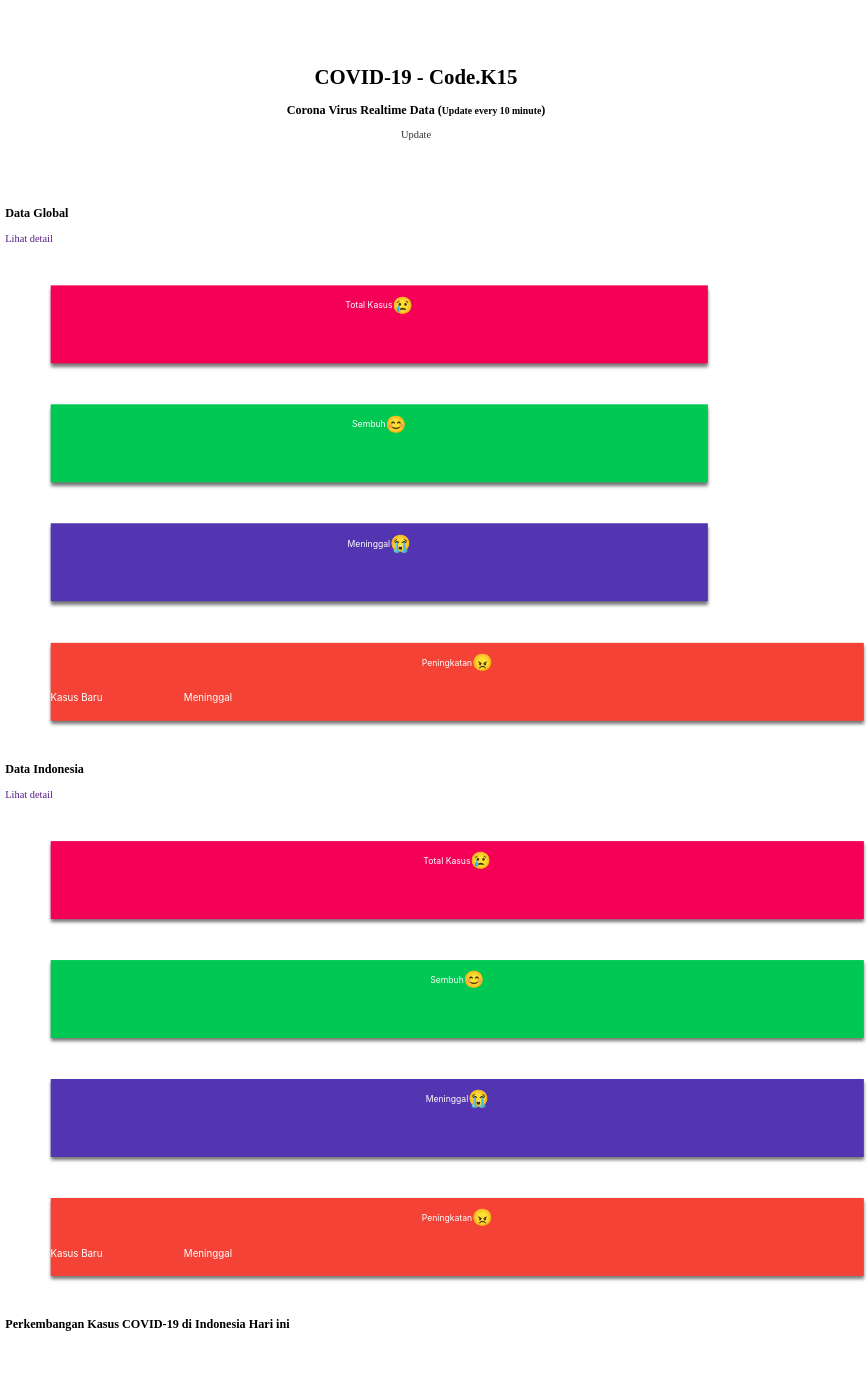
Repository: fathur15/covid19-monitoring
Page: http://localhost/covid19/apps/views/data/main/dashboard.php
The author's editor kept a copy of each file at every save. The page is drawn from the files as they stood at one save, then again after the next save.
The browser window is 1280 px wide. The page is 1335 px wide, so the pictures cover 1335 px, including what lies to the right of the window. The pictures show the whole page, at 65% of full size.
The page is run by PHP 8.4 with error messages shown; the project is at /var/www/html/.

Above is the page before, as saved 2020-04-14 14:14:13.

After the next save:
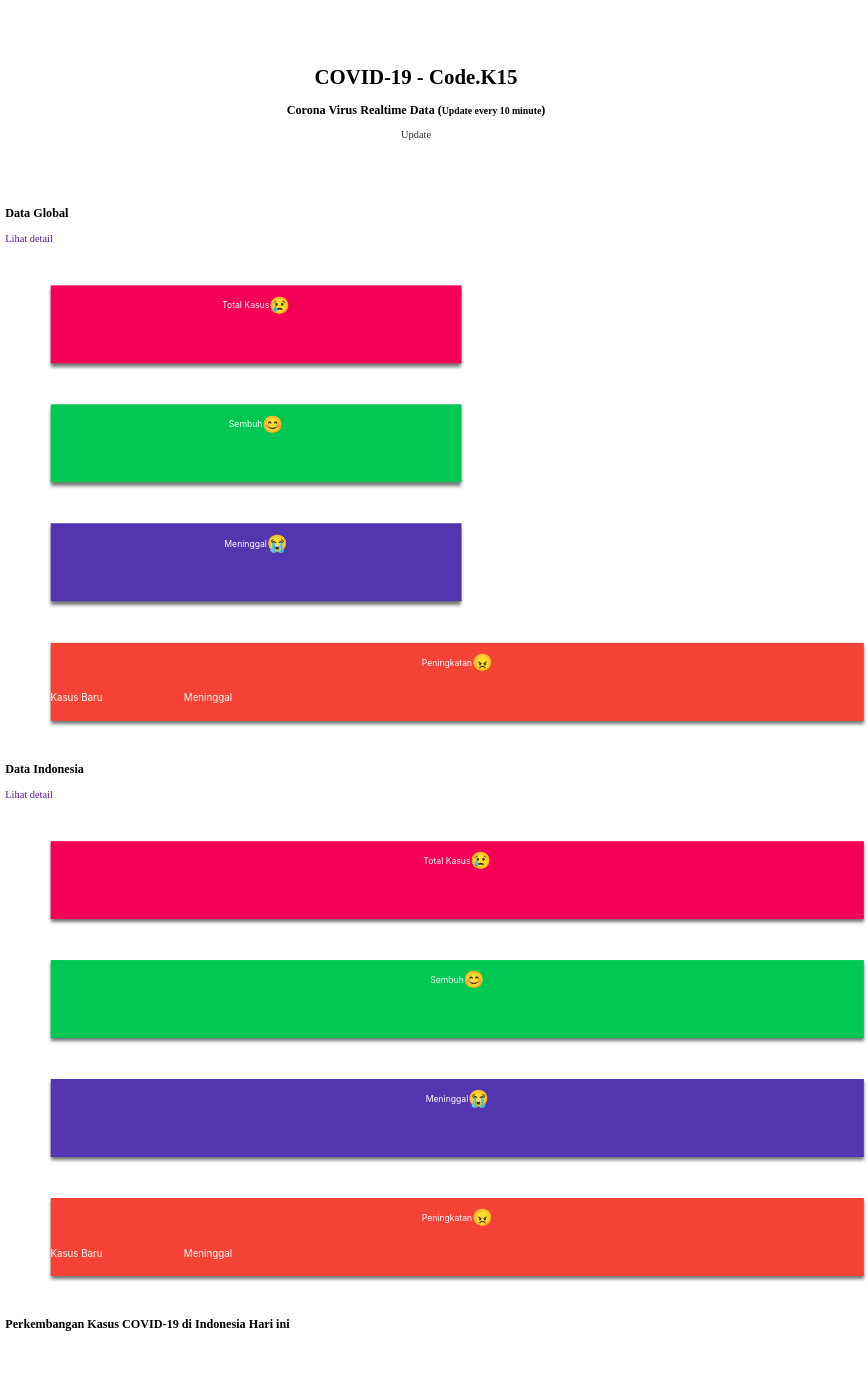
Saved 7 s later.
--- a/apps/views/data/main/dashboard.php
+++ b/apps/views/data/main/dashboard.php
@@ -45,7 +45,7 @@
                     <a style="text-decoration: none" href="">Lihat detail  <i class="fas fa-long-arrow-alt-right" aria-hidden="true"></i></a>
                 </div>
                 <div id="resumeGlobal" class="row" style="width: 100%; margin: 0 5%" >
-                        <div class="card col-sm-3 shadow-box" style="width:80%; background: #f50057; margin:5% 0.5%; align-items: center; height: 120px ">
+                        <div class="card col-sm-3 shadow-box" style="width:50%; background: #f50057; margin:5% 0.5%; align-items: center; height: 120px ">
                             <div class="card-body">
                                 <div style="flex-direction: row; display: flex; justify-content: center; align-items: center">
                                     <h5 id="title-kasus-global" class="card-text">Total Kasus</h5>
@@ -54,7 +54,7 @@
                                 <p class="card-text" id="kasus-global"></p>
                             </div>
                         </div>
-                        <div class="col-sm-3 shadow-box" style="width:80%; background: #00c853; margin: 5% 0.5%; align-items: center; height: 120px ">
+                        <div class="col-sm-3 shadow-box" style="width:50%; background: #00c853; margin: 5% 0.5%; align-items: center; height: 120px ">
                             <div class="card-body">
                                 <div style="flex-direction: row; display: flex; justify-content: center; align-items: center">
                                     <h5 id="title-kasus-global" class="card-text">Sembuh</h5>
@@ -64,7 +64,7 @@
                                 <!-- <p style="">Orang</p> -->
                             </div>
                         </div>
-                        <div class=" card col-sm-3 shadow-box" style="width:80%; margin:5% 0.5%;height: 120px;align-items: center;  background :#5335b1">
+                        <div class=" card col-sm-3 shadow-box" style="width:50%; margin:5% 0.5%;height: 120px;align-items: center;  background :#5335b1">
                             <div class="card-body">
                                 <div style="flex-direction: row; display: flex; justify-content: center; align-items: center;">
                                     <h5 id="title-kasus-global" class="card-text">Meninggal</h5>
